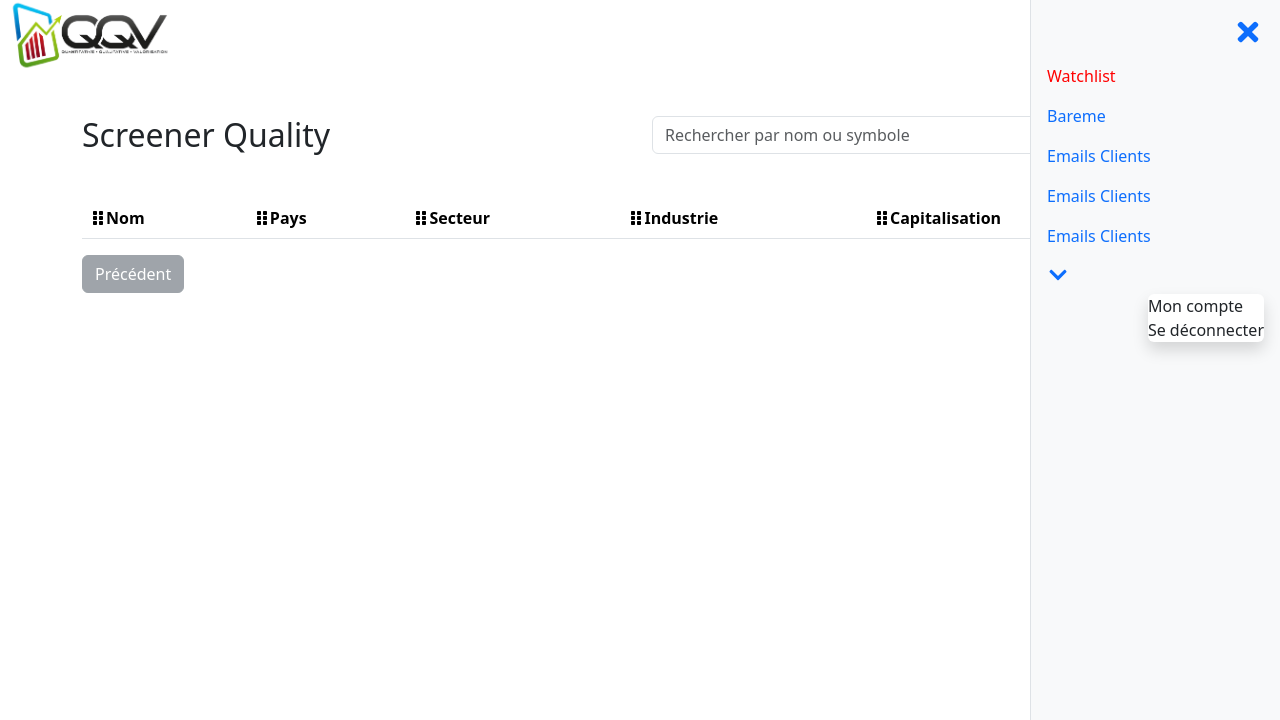
Repository: adamaadev/comeup
Page: /watchlist (app in admin/), after clicking the first element matching `button.btn`
An editor plug-in stored every save of this project. The page is shown before and after the next save, followed by the edit.
The browser window is 1280 px wide. The pictures show the whole page.
The page's requests for data from a server got no answer. The project was rebuilt for these pictures with package versions that can differ from the ones it lists, and the page was loaded fresh each time. No one was signed in, and anything a server would have sent is missing. Also part of the build but not shown: admin/src/pages/Auth/Login.js, admin/src/pages/Home/Prix.js, admin/src/pages/Home/Douve.js, admin/src/pages/Home/Scenario.js, admin/src/pages/Services/Questions.js, admin/src/pages/Home/Analyse.js, admin/src/pages/Home/Foire.js, admin/src/pages/Home/Quali.js and 9 more.

Above is the page before, as saved 2024-09-09 16:59:40.

After the next save:
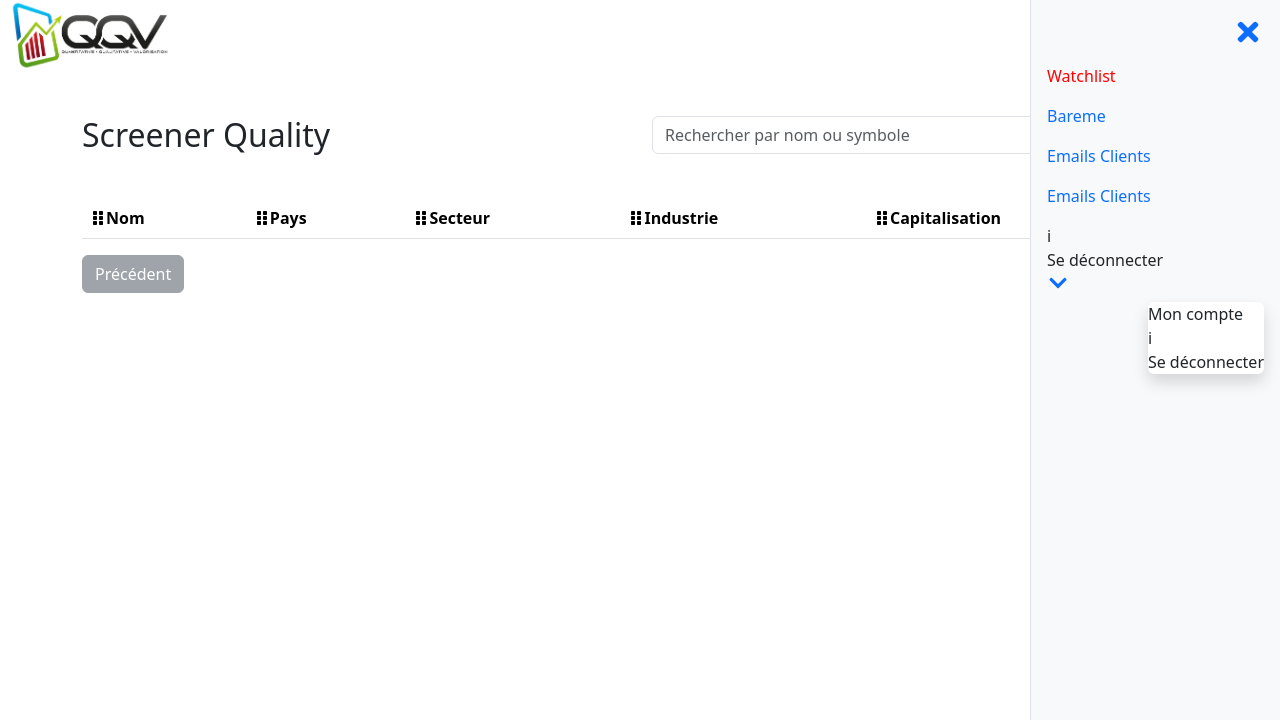
Saved 12 s later.
--- a/admin/src/pages/Home/Home.js
+++ b/admin/src/pages/Home/Home.js
@@ -71,7 +71,8 @@ export default function Home() {
             <NavLink to={'/bareme'} style={{ textDecoration: 'none' }} className="mb-3">Bareme</NavLink>
             <NavLink to={'/gestion'} style={{ textDecoration: 'none' }} className="mb-3">Emails Clients</NavLink>
             <NavLink to={'/gestion'} style={{ textDecoration: 'none' }} className="mb-3">Emails Clients</NavLink>
-            <NavLink to={'/gestion'} style={{ textDecoration: 'none' }} className="mb-3">Emails Clients</NavLink>
+            i <button onClick={handleLogout} className="dropdown-item btn btn-link" style={{ textDecoraton: 'none' }}>Se déconnecter</button>
+
             <div className="d-flex align-items-center position-relative">
               <button onClick={() => setIsMenuOpen(!isMenuOpen)} className="btn btn-link p-0 d-flex align-items-center" style={{ textDecoration: 'none' }}>
                 {name}
@@ -79,7 +80,7 @@ export default function Home() {
               </button>
                 <div className="position-absolute top-100 end-0 bg-white shadow rounded mt-2">
                   <NavLink to={'/compte'} className="dropdown-item" style={{ textDecoration: 'none' }}>Mon compte</NavLink>
-                  <button onClick={handleLogout} className="dropdown-item btn btn-link" style={{ textDecoration: 'none' }}>Se déconnecter</button>
+                 i <button onClick={handleLogout} className="dropdown-item btn btn-link" style={{ textDecoraton: 'none' }}>Se déconnecter</button>
                 </div>
             </div>
           </nav>
